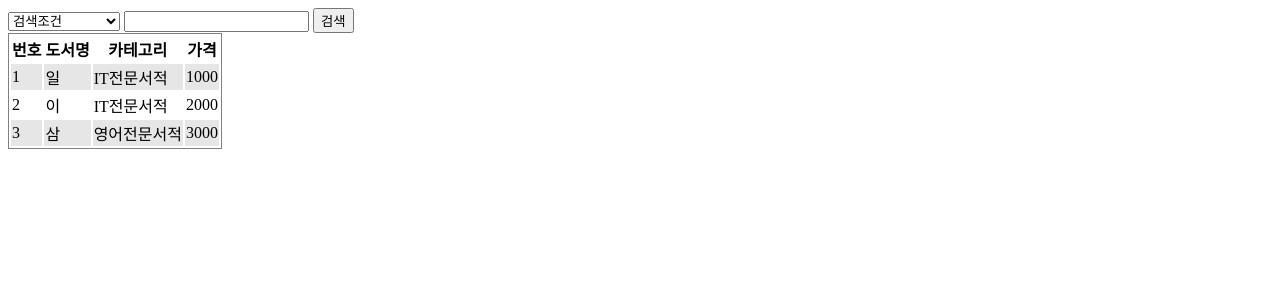
Repository: phoresis92/KITRI_JSP
Page: http://localhost/eljstl2/product.do
These files come from the project's save history. The page is drawn as it stood at one moment and after the next save; the edit follows.
The browser window is 1280 px wide. The pictures show the whole page.
The page is served by Tomcat 9.

Above is the page before, as saved 2018-12-20 07:34:02.

After the next save:
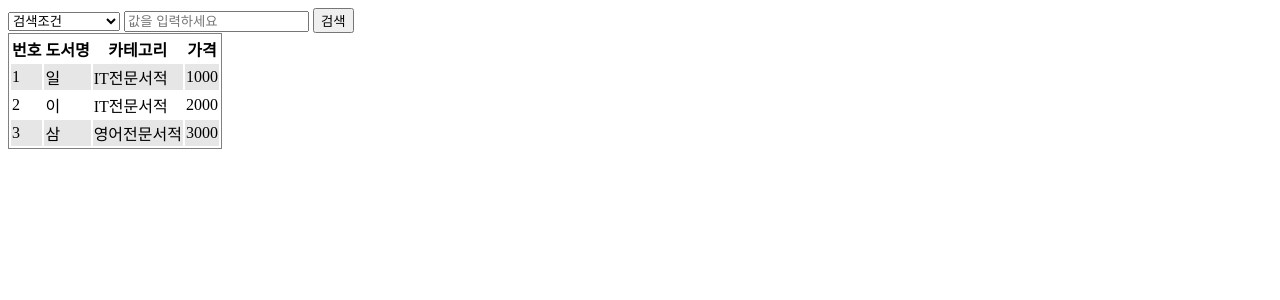
Saved 54 s later.
--- a/JSP_workspace/eljstl2/WebContent/productlistresult.jsp
+++ b/JSP_workspace/eljstl2/WebContent/productlistresult.jsp
@@ -56,8 +56,8 @@
 			<option value="number">번호로 검색</option>
 			<option value="name">도서명으로 검색</option>
 		</select>
-		<input type="search"/>
-		<button>검색</button>
+		<input type="search" placeholder="값을 입력하세요"/>
+		<button name=>검색</button>
 	</div>
 	<c:set var="list" value="${ requestScope.PROD }" />
 	<table style="border: 1px solid gray;">
